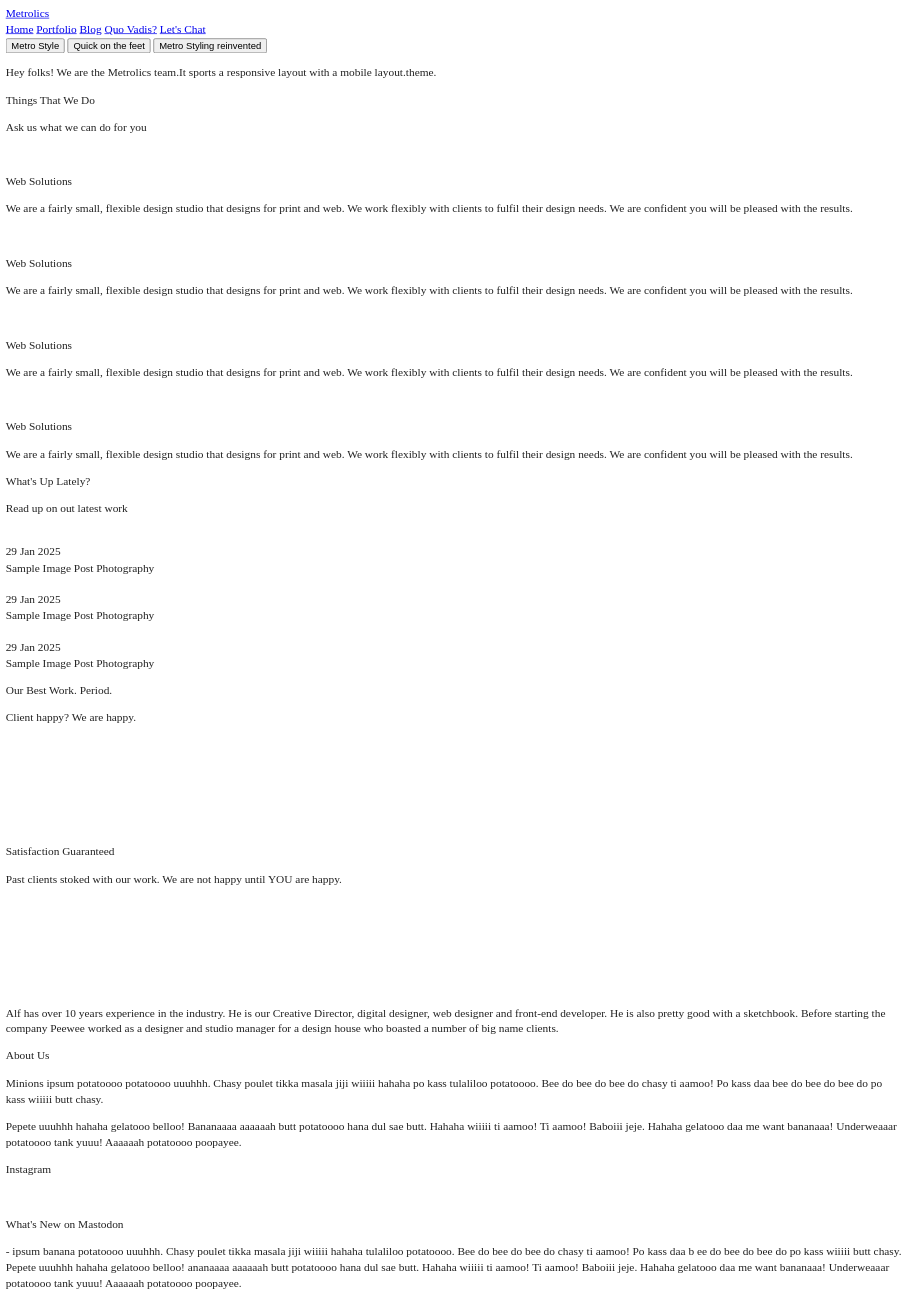
Repository: Angehyy/wk02_site
Page: index.html
An editor plug-in stored every save of this project. The page is shown before and after the next save, followed by the edit.
The browser window is 1280 px wide. The pictures show the whole page, at 71% of full size.

Above is the page before, as saved 2025-01-20 00:46:37.

### index.html
<!doctype html>
<html class="no-js" lang="">

<head>
  <meta charset="utf-8">
  <meta name="viewport" content="width=device-width, initial-scale=1">
  <title>Metrolics</title>
  <link rel="stylesheet" href="css/style.css">
  <meta name="description" content="Learn about Metrolics">

  <meta property="og:title" content="">
  <meta property="og:type" content="">
  <meta property="og:url" content="">
  <meta property="og:image" content="">
  <meta property="og:image:alt" content="">

  <link rel="icon" href="/favicon.ico" sizes="any">
  <link rel="icon" href="/icon.svg" type="image/svg+xml">
  <link rel="apple-touch-icon" href="icon.png">

  <link rel="manifest" href="site.webmanifest">
  <meta name="theme-color" content="#fafafa">
</head>

<body>
  <header>
    <div class="header">
      <a href="#default" class="">Metrolics</a>
      <div class="">
        <a href="#home">Home</a>
        <a href="#portfolio">Portfolio</a>
        <a href="#blog">Blog</a>
        <a href="#quovadis">Quo Vadis?</a>
        <a href="chat">Let's Chat</a>
      </div>
    </div>
  </header>

  <main>
    <div>
      <button class="">Metro Style</button>
      <button class="">Quick on the feet</button>
      <button class="">Metro Styling reinvented</button>
      <img src="" alt="">
    </div>

    <div class="">
      <p>Hey folks! We are the <span>Metrolics</span> team.It sports a responsive layout with a mobile layout.theme.</p>
    </div>

    <section class="">
      <p>Things That We Do</p>
      <p>Ask us what we can do for you</p>
    </section>

    <div class="flex-container">
      <div class="item">
        <img src="" alt="">
        <p class="">Web Solutions</p>
        <p>We are a fairly small, flexible design studio that designs for print and web. We work flexibly with clients to fulfil their design needs. We are confident you will be pleased with the results.</p>
      </div>

      <div class="item">
        <img src="" alt="">
        <p class="">Web Solutions</p>
        <p>We are a fairly small, flexible design studio that designs for print and web. We work flexibly with clients to fulfil their design needs. We are confident you will be pleased with the results.</p>
      </div>

      <div class="item">
        <img src="" alt="">
        <p class="">Web Solutions</p>
        <p>We are a fairly small, flexible design studio that designs for print and web. We work flexibly with clients to fulfil their design needs. We are confident you will be pleased with the results.</p>
      </div>

      <div class="item">
        <img src="" alt="">
        <p class="">Web Solutions</p>
        <p>We are a fairly small, flexible design studio that designs for print and web. We work flexibly with clients to fulfil their design needs. We are confident you will be pleased with the results.</p>
      </div>
    </div>

    <section class="">
      <p>What's Up Lately?</p>
      <p>Read up on out latest work</p>
    </section>

    <div class="flex-container">
      <div class="">
        <img src="" alt="">
        <div>
          <span class="date-top">29</span>
          <span class="month-bottom">Jan 2025</span>
        </div>
        <div class="description">
          <span class="">Sample Image Post</span>
          <span class="">Photography</span>
        </div>
      </div>
      <div class="">
        <img src="" alt="">
        <div>
          <span class="date-top">29</span>
          <span class="month-bottom">Jan 2025</span>
        </div>
        <div class="description">
          <span class="">Sample Image Post</span>
          <span class="">Photography</span>
        </div>
      </div>
      <div class="">
        <img src="" alt="">
        <div>
          <span class="date-top">29</span>
          <span class="month-bottom">Jan 2025</span>
        </div>
        <div class="description">
          <span class="">Sample Image Post</span>
          <span class="">Photography</span>
        </div>
      </div>
    </div>

    <section class="">
      <p>Our Best Work. Period.</p>
      <p>Client happy? We are happy.</p>
    </section>

    <div class="flex-container"></div>
      <div class="">
        <img src="" alt="">
      </div>
      <div class="">
        <img src="" alt="">
      </div>
      <div class="">
        <img src="" alt="">
      </div>
      <div class="">
        <img src="" alt="">
      </div>
      <div class="">
        <img src="" alt="">
      </div>
      <div class="">
        <img src="" alt="">
      </div>
    </div>

    <section>
      <p>Satisfaction Guaranteed</p>
      <p>Past clients stoked with our work. We are not happy until YOU are happy.</p>
    </section>

    <div class="flex-container">
      <div class="client" id="kirita">
        <span class="">
          <img src="" alt="">
        </span>
      </div>
      <div class="client" id="inkscape">
        <span class="">
          <img src="" alt="">
        </span>
      </div>
      <div class="client" id="godot">
        <span class="">
          <img src="" alt="">
        </span>
      </div>
      <div class="client" id="blender">
        <span class="">
          <img src="" alt="">
        </span>
      </div>
      <div class="client" id="penpot">
        <span class="">
          <img src="" alt="">
        </span>
      </div>
    </div>

  </main>

  <footer class="">
    <section>
      <span>
        <img src="" alt="">
        <p>Alf has over 10 years experience in the industry. He is our Creative Director, digital designer, web designer and front-end developer. He is also pretty good with a sketchbook. Before starting the company Peewee worked as a designer and studio manager for a design house who boasted a number of big name clients.</p></span>
    </section>
    <div class="">
      <p class="">About Us</p>
      <p>Minions ipsum potatoooo potatoooo uuuhhh. Chasy poulet tikka masala jiji wiiiii hahaha po kass tulaliloo potatoooo. Bee do bee do bee do chasy ti aamoo! Po kass daa bee do bee do bee do po kass wiiiii butt chasy.</p>

      <p>Pepete uuuhhh hahaha gelatooo belloo! Bananaaaa aaaaaah butt potatoooo hana dul sae butt. Hahaha wiiiii ti aamoo! Ti aamoo! Baboiii jeje. Hahaha gelatooo daa me want bananaaa! Underweaaar potatoooo tank yuuu! Aaaaaah potatoooo poopayee. </p>
    </div>
    <div>
      <p>Instagram</p>
      <img src="" alt="">
      <img src="" alt="">
      <img src="" alt="">
      <img src="" alt="">
      <img src="" alt="">
      <img src="" alt="">
      <img src="" alt="">
      <img src="" alt="">
    </div>

    <div>
      <p>What's New on Mastodon</p>
      <p><a href=""></a> - ipsum banana potatoooo uuuhhh. Chasy poulet tikka masala jiji wiiiii hahaha tulaliloo potatoooo. Bee do bee do bee do chasy ti aamoo! Po kass daa b ee do bee do bee do po kass wiiiii butt chasy. Pepete uuuhhh hahaha gelatooo belloo! ananaaaa aaaaaah butt potatoooo hana dul sae butt. Hahaha wiiiii ti aamoo! Ti aamoo! Baboiii jeje. Hahaha gelatooo daa me want bananaaa! Underweaaar potatoooo tank yuuu! Aaaaaah potatoooo poopayee. </p>
    </div>

  </footer>

  <script src="js/app.js"></script>

</body>

</html>

### css/style.css
/*! HTML5 Boilerplate v9.0.1 | MIT License | https://html5boilerplate.com/ */

/* main.css 3.0.0 | MIT License | https://github.com/h5bp/main.css#readme */
/*
 * What follows is the result of much research on cross-browser styling.
 * Credit left inline and big thanks to Nicolas Gallagher, Jonathan Neal,
 * Kroc Camen, and the H5BP dev community and team.
 */

/* ==========================================================================
   Base styles: opinionated defaults
   ========================================================================== */

html {
  color: #222;
  font-size: 1em;
  line-height: 1.4;
}

/*
 * Remove text-shadow in selection highlight:
 * https://twitter.com/miketaylr/status/12228805301
 *
 * Customize the background color to match your design.
 */

::-moz-selection {
  background: #b3d4fc;
  text-shadow: none;
}

::selection {
  background: #b3d4fc;
  text-shadow: none;
}

/*
 * A better looking default horizontal rule
 */

hr {
  display: block;
  height: 1px;
  border: 0;
  border-top: 1px solid #ccc;
  margin: 1em 0;
  padding: 0;
}

/*
 * Remove the gap between audio, canvas, iframes,
 * images, videos and the bottom of their containers:
 * https://github.com/h5bp/html5-boilerplate/issues/440
 */

audio,
canvas,
iframe,
img,
svg,
video {
  vertical-align: middle;
}

/*
 * Remove default fieldset styles.
 */

fieldset {
  border: 0;
  margin: 0;
  padding: 0;
}

/*
 * Allow only vertical resizing of textareas.
 */

textarea {
  resize: vertical;
}

/* ==========================================================================
   Author's custom styles
   ========================================================================== */

/* ==========================================================================
   Helper classes
   ========================================================================== */

/*
 * Hide visually and from screen readers
 */

.hidden,
[hidden] {
  display: none !important;
}

/*
 * Hide only visually, but have it available for screen readers:
 * https://snook.ca/archives/html_and_css/hiding-content-for-accessibility
 *
 * 1. For long content, line feeds are not interpreted as spaces and small width
 *    causes content to wrap 1 word per line:
 *    https://medium.com/@jessebeach/beware-smushed-off-screen-accessible-text-5952a4c2cbfe
 */

.visually-hidden {
  border: 0;
  clip: rect(0, 0, 0, 0);
  height: 1px;
  margin: -1px;
  overflow: hidden;
  padding: 0;
  position: absolute;
  white-space: nowrap;
  width: 1px;
  /* 1 */
}

/*
 * Extends the .visually-hidden class to allow the element
 * to be focusable when navigated to via the keyboard:
 * https://www.drupal.org/node/897638
 */

.visually-hidden.focusable:active,
.visually-hidden.focusable:focus {
  clip: auto;
  height: auto;
  margin: 0;
  overflow: visible;
  position: static;
  white-space: inherit;
  width: auto;
}

/*
 * Hide visually and from screen readers, but maintain layout
 */

.invisible {
  visibility: hidden;
}

/*
 * Clearfix: contain floats
 *
 * The use of `table` rather than `block` is only necessary if using
 * `::before` to contain the top-margins of child elements.
 */

.clearfix::before,
.clearfix::after {
  content: "";
  display: table;
}

.clearfix::after {
  clear: both;
}

/* ==========================================================================
   EXAMPLE Media Queries for Responsive Design.
   These examples override the primary ('mobile first') styles.
   Modify as content requires.
   ========================================================================== */

@media only screen and (min-width: 35em) {
  /* Style adjustments for viewports that meet the condition */
}

@media print,
  (-webkit-min-device-pixel-ratio: 1.25),
  (min-resolution: 1.25dppx),
  (min-resolution: 120dpi) {
  /* Style adjustments for high resolution devices */
}

/* ==========================================================================
   Print styles.
   Inlined to avoid the additional HTTP request:
   https://www.phpied.com/delay-loading-your-print-css/
   ========================================================================== */

@media print {
  *,
  *::before,
  *::after {
    background: #fff !important;
    color: #000 !important;
    /* Black prints faster */
    box-shadow: none !important;
    text-shadow: none !important;
  }

  a,
  a:visited {
    text-decoration: underline;
  }

  a[href]::after {
    content: " (" attr(href) ")";
  }

  abbr[title]::after {
    content: " (" attr(title) ")";
  }

  /*
   * Don't show links that are fragment identifiers,
   * or use the `javascript:` pseudo protocol
   */
  a[href^="#"]::after,
  a[href^="javascript:"]::after {
    content: "";
  }

  pre {
    white-space: pre-wrap !important;
  }

  pre,
  blockquote {
    border: 1px solid #999;
    page-break-inside: avoid;
  }

  tr,
  img {
    page-break-inside: avoid;
  }

  p,
  h2,
  h3 {
    orphans: 3;
    widows: 3;
  }

  h2,
  h3 {
    page-break-after: avoid;
  }
}

Loaded but not shown: js/app.js (no stored copy; drawn as an empty file)

After the next save:
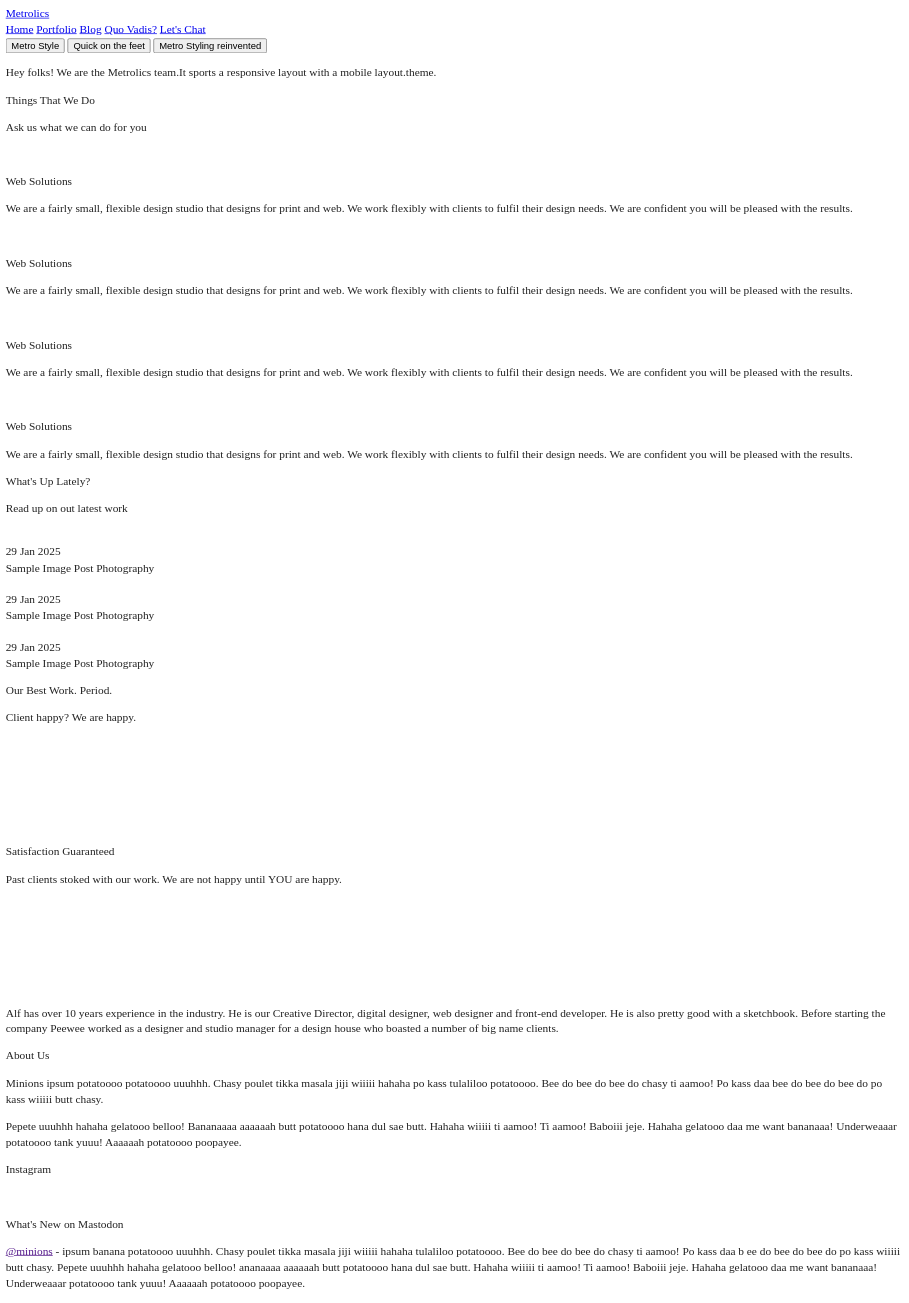
Saved 4 s later.
--- a/index.html
+++ b/index.html
@@ -207,7 +207,7 @@
 
     <div>
       <p>What's New on Mastodon</p>
-      <p><a href=""></a> - ipsum banana potatoooo uuuhhh. Chasy poulet tikka masala jiji wiiiii hahaha tulaliloo potatoooo. Bee do bee do bee do chasy ti aamoo! Po kass daa b ee do bee do bee do po kass wiiiii butt chasy. Pepete uuuhhh hahaha gelatooo belloo! ananaaaa aaaaaah butt potatoooo hana dul sae butt. Hahaha wiiiii ti aamoo! Ti aamoo! Baboiii jeje. Hahaha gelatooo daa me want bananaaa! Underweaaar potatoooo tank yuuu! Aaaaaah potatoooo poopayee. </p>
+      <p><a href="">@minions</a> - ipsum banana potatoooo uuuhhh. Chasy poulet tikka masala jiji wiiiii hahaha tulaliloo potatoooo. Bee do bee do bee do chasy ti aamoo! Po kass daa b ee do bee do bee do po kass wiiiii butt chasy. Pepete uuuhhh hahaha gelatooo belloo! ananaaaa aaaaaah butt potatoooo hana dul sae butt. Hahaha wiiiii ti aamoo! Ti aamoo! Baboiii jeje. Hahaha gelatooo daa me want bananaaa! Underweaaar potatoooo tank yuuu! Aaaaaah potatoooo poopayee. </p>
     </div>
 
   </footer>
